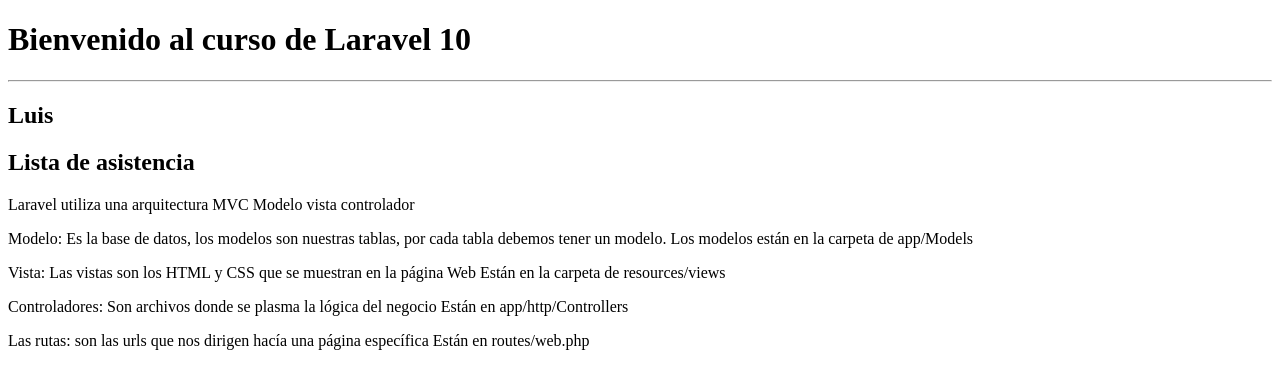
Repository: terrazasjuancarlos/cursoLaravel2-master
Page: http://localhost/bienvenido
These files come from the project's save history. The page is drawn as it stood at one moment and after the next save; the edit follows.
The browser window is 1280 px wide. The pictures show the whole page.
The page is served by the project's Laravel application, run on PHP 8.4 with Laravel 10.

Above is the page before, as saved 2023-10-07 12:37:13.

After the next save:
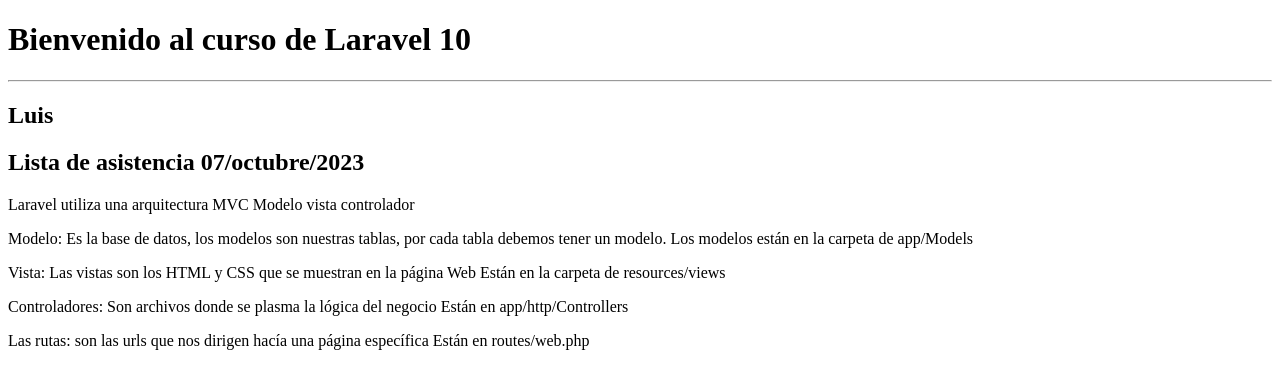
Saved 34 s later.
--- a/resources/views/bienvenido.blade.php
+++ b/resources/views/bienvenido.blade.php
@@ -9,7 +9,7 @@
 <body>
     <h1>Bienvenido al curso de Laravel 10</h1><hr>
     <h2>{{ $nombre }}</h2>
-    <h2>Lista de asistencia</h2>
+    <h2>Lista de asistencia 07/octubre/2023</h2>
     <ul>
 
     </ul>
